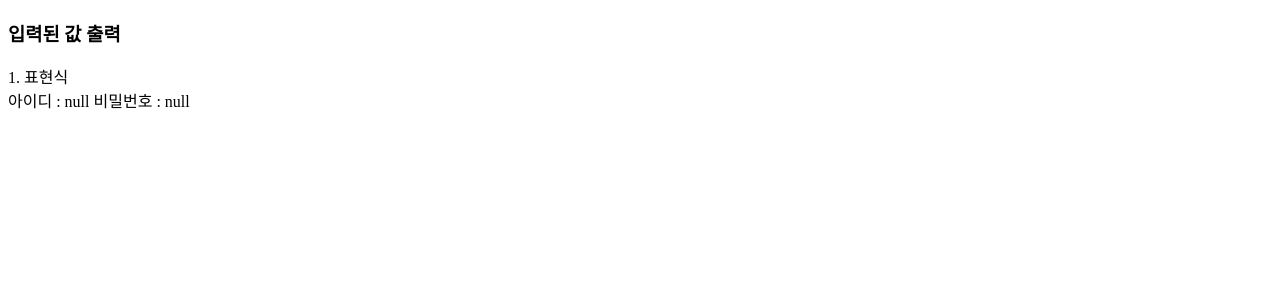
Repository: totesbk/JSP-
Page: http://localhost/web07/ex03_result.jsp
An editor plug-in stored every save of this project. The page is shown before and after the next save, followed by the edit.
The browser window is 1280 px wide. The pictures show the whole page.
The page is served by Tomcat 9. Other server files are loaded and not shown.

Above is the page before, as saved 2020-10-08 04:11:01.

### web07/WebContent/ex03_result.jsp
<%@ page language="java" contentType="text/html; charset=UTF-8"
    pageEncoding="UTF-8"%>
<!DOCTYPE html>
<html>
<head>
<meta charset="UTF-8">
<title>Insert title here</title>
</head>
<body>
<h3>입력된 값 출력</h3>
1. 표현식<br>
아이디 : <%=request.getParameter("userId") %>
비밀번호 : <%=request.getParameter("userPwd") %>
</body>
</html>

After the next save:
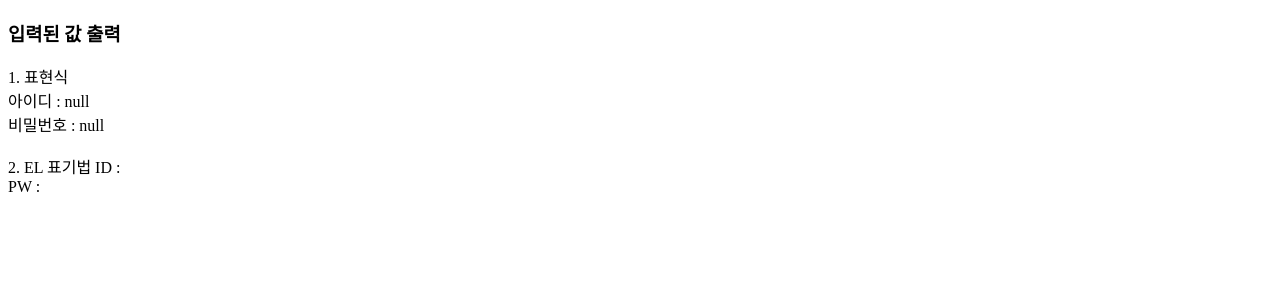
Saved 90 s later.
--- a/web07/WebContent/ex03_result.jsp
+++ b/web07/WebContent/ex03_result.jsp
@@ -9,7 +9,11 @@
 <body>
 <h3>입력된 값 출력</h3>
 1. 표현식<br>
-아이디 : <%=request.getParameter("userId") %>
-비밀번호 : <%=request.getParameter("userPwd") %>
+아이디 : <%=request.getParameter("userId") %><br>
+비밀번호 : <%=request.getParameter("userPwd") %><br>
+<br>
+2. EL 표기법
+ID : ${param.userId}<br>
+PW : ${param.userPwd}<br>
 </body>
 </html>
